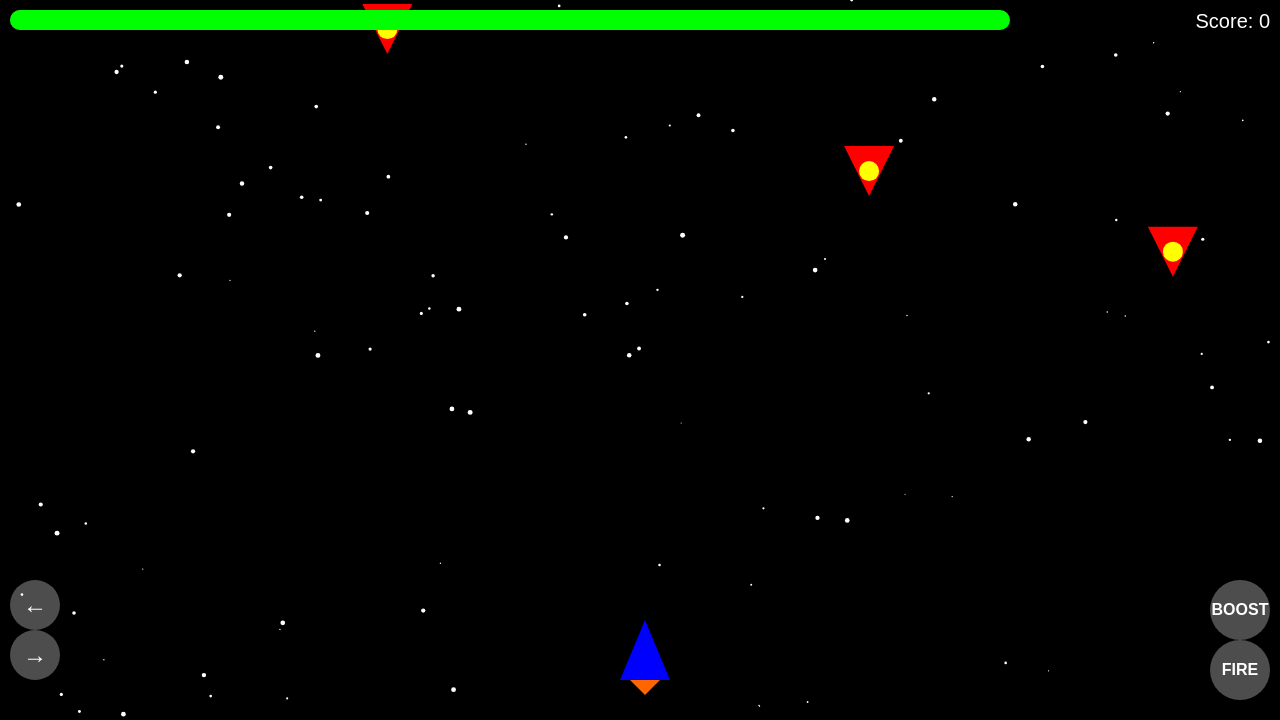
Repository: BiranOrundas/space-shooter
Page: space-shooter.html
An editor plug-in stored every save of this project. The page is shown before and after the next save, followed by the edit.
The browser window is 1280 px wide. The pictures show the whole page.

Above is the page before, as saved 2025-03-13 13:11:14.

### space-shooter.html
<!DOCTYPE html>
<html lang="en">
<head>
  <meta charset="UTF-8">
  <meta name="viewport" content="width=device-width, initial-scale=1.0">
  <title>Space Shooter</title>
  <style>
    body {
      margin: 0;
      overflow: hidden;
      touch-action: none;
      font-family: Arial, sans-serif;
      background-color: #000;
      display: flex;
      justify-content: center;
      align-items: center;
      height: 100vh;
    }

    #game-container {
      position: relative;
      width: 100vw;
      height: 100vh;
      background-color: #000;
      overflow: hidden;
      touch-action: none;
    }

    #game-canvas {
      width: 100%;
      height: 100%;
    }

    #controls {
      position: absolute;
      bottom: 20px;
      left: 0;
      width: 100%;
      display: flex;
      justify-content: space-between;
      z-index: 10;
    }

    .direction-btn {
      width: 50px;
      height: 50px;
      background-color: rgba(255, 255, 255, 0.3);
      border-radius: 50%;
      display: flex;
      justify-content: center;
      align-items: center;
      color: white;
      font-weight: bold;
      font-size: 24px;
      user-select: none;
      margin: 0 10px;
    }

    .action-btn {
      width: 60px;
      height: 60px;
      background-color: rgba(255, 255, 255, 0.3);
      border-radius: 50%;
      display: flex;
      justify-content: center;
      align-items: center;
      color: white;
      font-weight: bold;
      font-size: 16px;
      user-select: none;
      margin: 0 10px;
    }

    #life-bar-container {
      position: absolute;
      top: 10px;
      left: 10px;
      width: 200px;
      height: 20px;
      background-color: rgba(255, 255, 255, 0.3);
      border-radius: 10px;
    }

    #life-bar {
      height: 100%;
      width: 100%;
      background-color: #0f0;
      border-radius: 10px;
      transition: width 0.5s;
    }

    #score {
      position: absolute;
      top: 10px;
      right: 10px;
      color: white;
      font-size: 20px;
    }

    #game-over {
      position: absolute;
      top: 0;
      left: 0;
      width: 100%;
      height: 100%;
      background-color: rgba(0, 0, 0, 0.8);
      display: none;
      flex-direction: column;
      justify-content: center;
      align-items: center;
      color: white;
      font-size: 30px;
      z-index: 20;
    }

    #restart-btn {
      margin-top: 20px;
      padding: 10px 20px;
      background-color: #0f0;
      color: black;
      border: none;
      border-radius: 5px;
      font-size: 18px;
      cursor: pointer;
    }

    .star {
      position: absolute;
      background-color: white;
      border-radius: 50%;
    }
  </style>
</head>
<body>
  <div id="game-container">
    <div id="life-bar-container">
      <div id="life-bar"></div>
    </div>
    <div id="score">Score: 0</div>
    <canvas id="game-canvas"></canvas>

    <div id="controls">
      <div id="movement-controls">
        <div class="direction-btn" id="left-btn">←</div>
        <div class="direction-btn" id="right-btn">→</div>
      </div>
      <div id="action-controls">
        <div class="action-btn" id="boost-btn">BOOST</div>
        <div class="action-btn" id="shoot-btn">FIRE</div>
      </div>
    </div>

    <div id="game-over">
      <div>GAME OVER</div>
      <div id="final-score">Score: 0</div>
      <button id="restart-btn">Restart</button>
    </div>
  </div>

  <script>
    // Game setup
    const canvas = document.getElementById('game-canvas');
    const ctx = canvas.getContext('2d');

    // Set canvas dimensions to match container
    const container = document.getElementById('game-container');
    canvas.width = container.clientWidth;
    canvas.height = container.clientHeight;

    // Game variables
    let score = 0;
    let gameOver = false;
    let animationId;

    // Player variables
    const player = {
      x: canvas.width / 2 - 20,
      y: canvas.height - 100,
      width: 50,
      height: 60,
      speed: 5,
      boostedSpeed: 10,
      isBoosting: false,
      life: 500,
      color: '#00f',
      cooldown: 0,
      lastShot: 0
    };

    // Game elements arrays
    const bullets = [];
    const enemies = [];
    const stars = [];

    // Control variables
    let leftPressed = false;
    let rightPressed = false;
    let shootPressed = false;
    let boostPressed = false;

    // Generate stars for background
    function createStars() {
      const starCount = 100;
      for (let i = 0; i < starCount; i++) {
        stars.push({
          x: Math.random() * canvas.width,
          y: Math.random() * canvas.height,
          size: Math.random() * 2 + 0.5,
          speed: Math.random() * 2 + 5.9
        });
      }
    }

    // Draw player's spaceship
    function drawPlayer() {
      // Draw player ship
      ctx.fillStyle = player.color;

      // Ship body
      ctx.beginPath();
      ctx.moveTo(player.x + player.width / 2, player.y);
      ctx.lineTo(player.x + player.width, player.y + player.height);
      ctx.lineTo(player.x, player.y + player.height);
      ctx.closePath();
      ctx.fill();

      // Engine flames
      if (player.isBoosting) {
        ctx.fillStyle = '#ff0';
      } else {
        ctx.fillStyle = '#f60';
      }

      const flameHeight = player.isBoosting ? 30 : 15;
      ctx.beginPath();
      ctx.moveTo(player.x + 10, player.y + player.height);
      ctx.lineTo(player.x + player.width / 2, player.y + player.height + flameHeight);
      ctx.lineTo(player.x + player.width - 10, player.y + player.height);
      ctx.closePath();
      ctx.fill();
    }

    // Create a bullet
    function shootBullet() {
      const now = Date.now();
      if (now - player.lastShot > 300) { // Cooldown in ms
        bullets.push({
          x: player.x + player.width / 2 - 3,
          y: player.y,
          width: 1,
          height: 15,
          speed: 10,
          color: '#f00'
        });
        player.lastShot = now;
      }
    }

    // Draw bullets
    function drawBullets() {
      bullets.forEach(bullet => {
        ctx.fillStyle = bullet.color;
        ctx.fillRect(bullet.x, bullet.y, bullet.width, bullet.height);
      });
    }

    // Create enemy ships
    function spawnEnemy() {
      if (Math.random() < 0.02 && !gameOver) {
        enemies.push({
          x: Math.random() * (canvas.width - 50),
          y: -50,
          width: 50,
          height: 50,
          speed: Math.random() * 2 + 1
        });
      }
    }

    // Draw enemy ships
    function drawEnemies() {
      enemies.forEach(enemy => {
        // Enemy ship body
        ctx.fillStyle = '#f00';
        ctx.beginPath();
        ctx.moveTo(enemy.x + enemy.width / 2, enemy.y + enemy.height);
        ctx.lineTo(enemy.x + enemy.width, enemy.y);
        ctx.lineTo(enemy.x, enemy.y);
        ctx.closePath();
        ctx.fill();

        // Enemy details
        ctx.fillStyle = '#ff0';
        ctx.beginPath();
        ctx.arc(enemy.x + enemy.width / 2, enemy.y + enemy.height / 2, 10, 0, Math.PI * 2);
        ctx.fill();
      });
    }

    // Draw stars background
    function drawStars() {
      ctx.fillStyle = 'white';
      stars.forEach(star => {
        ctx.beginPath();
        ctx.arc(star.x, star.y, star.size, 0, Math.PI * 2);
        ctx.fill();
      });
    }

    // Update star positions
    function updateStars() {
      stars.forEach(star => {
        star.y += star.speed;
        if (star.y > canvas.height) {
          star.y = 0;
          star.x = Math.random() * canvas.width;
        }
      });
    }

    // Update game elements
    function updateGameElements() {
      // Update player position
      if (leftPressed && player.x > 0) {
        player.x -= player.isBoosting ? player.boostedSpeed : player.speed;
      }
      if (rightPressed && player.x < canvas.width - player.width) {
        player.x += player.isBoosting ? player.boostedSpeed : player.speed;
      }

      // Update bullets
      for (let i = 0; i < bullets.length; i++) {
        bullets[i].y -= bullets[i].speed;

        // Remove bullets that are off screen
        if (bullets[i].y < 0) {
          bullets.splice(i, 1);
          i--;
        }
      }

      // Update enemies
      for (let i = 0; i < enemies.length; i++) {
        enemies[i].y += enemies[i].speed;

        // Check for collision with player
        if (
          player.x < enemies[i].x + enemies[i].width &&
          player.x + player.width > enemies[i].x &&
          player.y < enemies[i].y + enemies[i].height &&
          player.y + player.height > enemies[i].y
        ) {
          // Player hit by enemy
          player.life -= 30;
          updateLifeBar();

          // Remove enemy
          enemies.splice(i, 1);
          i--;

          // Check game over
          if (player.life <= 0) {
            endGame();
          }

          continue;
        }

        // Check for bullets hitting enemies
        for (let j = 0; j < bullets.length; j++) {
          if (
            bullets[j].x < enemies[i].x + enemies[i].width &&
            bullets[j].x + bullets[j].width > enemies[i].x &&
            bullets[j].y < enemies[i].y + enemies[i].height &&
            bullets[j].y + bullets[j].height > enemies[i].y
          ) {
            // Enemy hit by bullet
            score += 10;
            updateScore();

            // Remove enemy and bullet
            enemies.splice(i, 1);
            bullets.splice(j, 1);
            i--;
            break;
          }
        }

        // Remove enemies that are off screen
        if (enemies[i] && enemies[i].y > canvas.height) {
          enemies.splice(i, 1);
          i--;
        }
      }
    }

    // Update life bar
    function updateLifeBar() {
      const lifeBar = document.getElementById('life-bar');
      lifeBar.style.width = `${player.life}%`;

      // Change color based on life
      if (player.life > 60) {
        lifeBar.style.backgroundColor = '#0f0';
      } else if (player.life > 30) {
        lifeBar.style.backgroundColor = '#ff0';
      } else {
        lifeBar.style.backgroundColor = '#f00';
      }
    }

    // Update score display
    function updateScore() {
      document.getElementById('score').textContent = `Score: ${score}`;
    }

    // Game over
    function endGame() {
      gameOver = true;
      document.getElementById('game-over').style.display = 'flex';
      document.getElementById('final-score').textContent = `Score: ${score}`;
      cancelAnimationFrame(animationId);
    }

    // Main game loop
    function gameLoop() {
      // Clear canvas
      ctx.fillStyle = '#000';
      ctx.fillRect(0, 0, canvas.width, canvas.height);

      // Draw stars
      drawStars();
      updateStars();

      // Spawn enemies
      spawnEnemy();

      // Update game elements
      updateGameElements();

      // Fire bullet if shoot button is pressed
      if (shootPressed) {
        shootBullet();
      }

      // Draw game elements
      drawPlayer();
      drawBullets();
      drawEnemies();

      // Continue game loop
      if (!gameOver) {
        animationId = requestAnimationFrame(gameLoop);
      }
    }

    // Event listeners for keyboard controls
    document.addEventListener('keydown', (e) => {
      if (e.key === 'ArrowLeft' || e.key === 'a') leftPressed = true;
      if (e.key === 'ArrowRight' || e.key === 'd') rightPressed = true;
      if (e.key === ' ' || e.key === 'Enter') shootPressed = true;
      if (e.key === 'Shift') {
        boostPressed = true;
        player.isBoosting = true;
      }
    });

    document.addEventListener('keyup', (e) => {
      if (e.key === 'ArrowLeft' || e.key === 'a') leftPressed = false;
      if (e.key === 'ArrowRight' || e.key === 'd') rightPressed = false;
      if (e.key === ' ' || e.key === 'Enter') shootPressed = false;
      if (e.key === 'Shift') {
        boostPressed = false;
        player.isBoosting = false;
      }
    });

    // Touch controls
    const leftBtn = document.getElementById('left-btn');
    const rightBtn = document.getElementById('right-btn');
    const shootBtn = document.getElementById('shoot-btn');
    const boostBtn = document.getElementById('boost-btn');

    leftBtn.addEventListener('touchstart', (e) => {
      e.preventDefault();
      leftPressed = true;
    });

    leftBtn.addEventListener('touchend', (e) => {
      e.preventDefault();
      leftPressed = false;
    });

    rightBtn.addEventListener('touchstart', (e) => {
      e.preventDefault();
      rightPressed = true;
    });

    rightBtn.addEventListener('touchend', (e) => {
      e.preventDefault();
      rightPressed = false;
    });

    shootBtn.addEventListener('touchstart', (e) => {
      e.preventDefault();
      shootPressed = true;
    });

    shootBtn.addEventListener('touchend', (e) => {
      e.preventDefault();
      shootPressed = false;
    });

    boostBtn.addEventListener('touchstart', (e) => {
      e.preventDefault();
      boostPressed = true;
      player.isBoosting = true;
    });

    boostBtn.addEventListener('touchend', (e) => {
      e.preventDefault();
      boostPressed = false;
      player.isBoosting = false;
    });

    // Mouse controls (for testing on desktop)
    leftBtn.addEventListener('mousedown', () => {
      leftPressed = true;
    });

    leftBtn.addEventListener('mouseup', () => {
      leftPressed = false;
    });

    rightBtn.addEventListener('mousedown', () => {
      rightPressed = true;
    });

    rightBtn.addEventListener('mouseup', () => {
      rightPressed = false;
    });

    shootBtn.addEventListener('mousedown', () => {
      shootPressed = true;
    });

    shootBtn.addEventListener('mouseup', () => {
      shootPressed = false;
    });

    boostBtn.addEventListener('mousedown', () => {
      boostPressed = true;
      player.isBoosting = true;
    });

    boostBtn.addEventListener('mouseup', () => {
      boostPressed = false;
      player.isBoosting = false;
    });

    // Restart game
    document.getElementById('restart-btn').addEventListener('click', () => {
      // Reset game state
      score = 0;
      gameOver = false;
      player.life = 100;
      player.x = canvas.width / 2 - 25;
      player.y = canvas.height - 100;
      player.isBoosting = false;

      // Clear arrays
      bullets.length = 0;
      enemies.length = 0;

      // Update UI
      updateScore();
      updateLifeBar();

      // Hide game over screen
      document.getElementById('game-over').style.display = 'none';

      // Start game loop
      gameLoop();
    });

    // Initialize game
    function initGame() {
      createStars();
      updateLifeBar();
      gameLoop();
    }

    // Start the game
    window.addEventListener('load', initGame);
  </script>
</body>
</html>

After the next save:
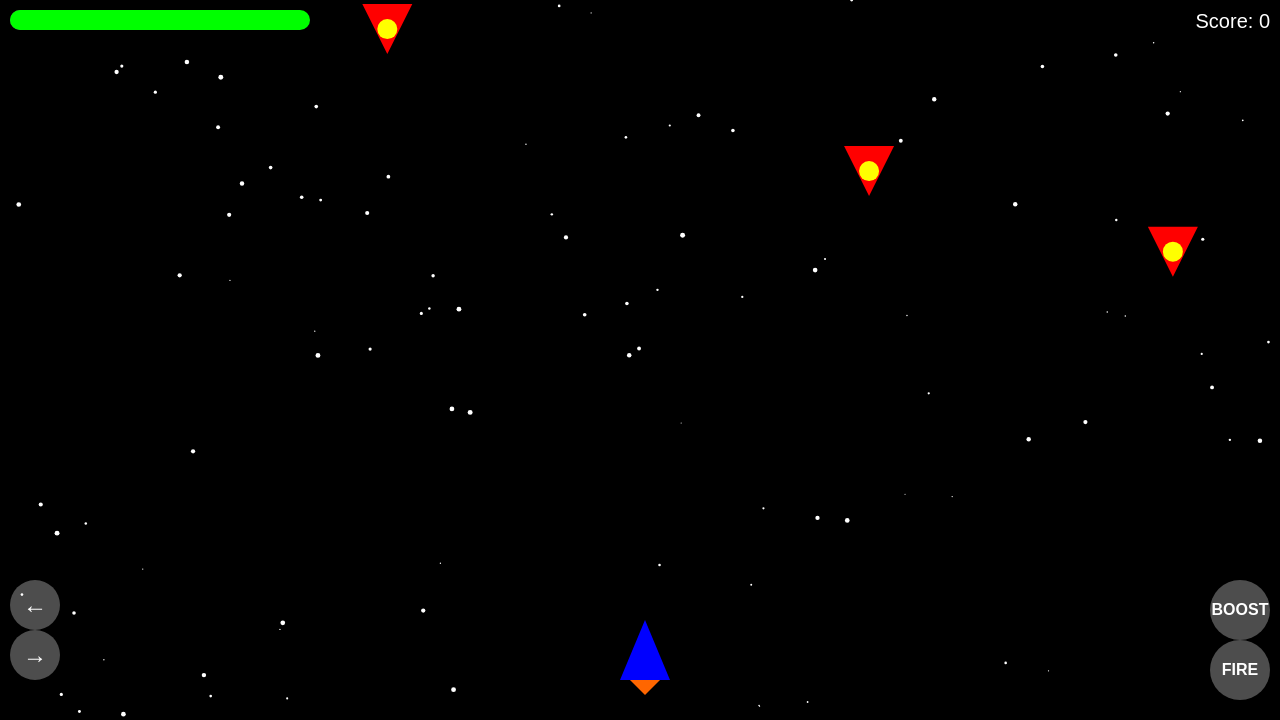
Saved 7 s later.
--- a/space-shooter.html
+++ b/space-shooter.html
@@ -181,7 +181,7 @@
       speed: 5,
       boostedSpeed: 10,
       isBoosting: false,
-      life: 500,
+      life: 150,
       color: '#00f',
       cooldown: 0,
       lastShot: 0
